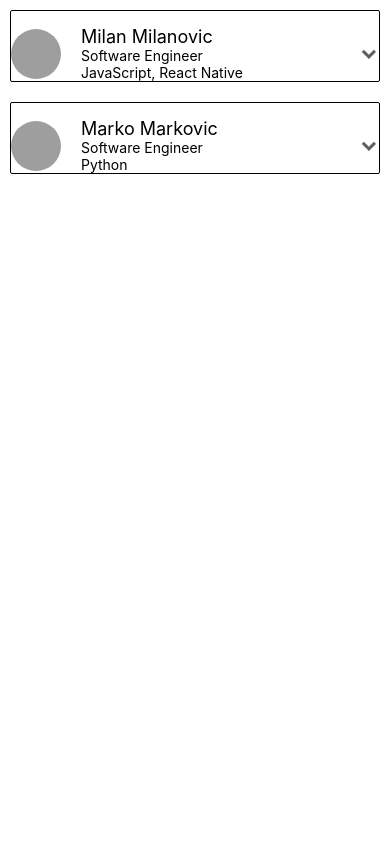
Repository: likanbl/intern-feature
Screen: /
The author's editor kept a copy of each file at every save. The screen is drawn from the files as they stood at one save, then again after the next save.
Pictures or frames that could not be fetched are drawn as grey boxes. The app was drawn by React Native's web renderer in a window 390 px wide. The project was rebuilt for these pictures with package versions that can differ from the ones it lists, and the page was loaded fresh each time.

Above is the screen before, as saved 2019-09-13 15:25:15.

### App.js
/**
 * Sample React Native App
 * https://github.com/facebook/react-native
 *
 * @format
 * @flow
 */

import React, {Component} from 'react';

import Home from './src/components/home/Home';

export default class App extends Component {
  render() {
    return <Home></Home>;
  }
}

### src/components/home/Home.js
import React, {Component} from 'react';
import {View, FlatList, Text, StyleSheet} from 'react-native';
import {Card} from 'react-native-elements';
import {HomeItem} from './HomeItem';

const Data = [
  {
    Name: 'Milan Milanovic',
    role: 'Software Engineer',
    skills: 'JavaScript, React Native',
    additionalInfo: 'Milan Milanovic description',
  },
  {
    Name: 'Marko Markovic',
    role: 'Software Engineer',
    skills: 'Python',
    additionalInfo: 'Marko Markovic description',
  },
];
export default class Home extends Component {
  renderItem = ({item}) => <HomeItem item={item} />;

  render() {
    return (
      <View>
        <FlatList
          data={Data}
          renderItem={this.renderItem}
          keyExtractor={Data.id}
        />
      </View>
    );
  }
}

### src/components/home/HomeItem.js
import React, {Component} from 'react';
import {
  View,
  Text,
  Image,
  TouchableWithoutFeedback,
  StyleSheet,
} from 'react-native';
import PropTypes from 'prop-types';
import {images} from '../../assets/images';
import {Avatar} from 'react-native-elements';

const propTypes = {
  item: PropTypes.object,
};

class HomeItem extends Component {
  state = {
    isSelected: false,
  };

  onPress = () => {
    this.setState((prevState, prevProps) => ({
      isSelected: !prevState.isSelected,
    }));
  };

  renderDetails = () => (
    <View style={styles.titleContainer}>
      <Text style={styles.description}>{this.props.item.additionalInfo}</Text>
    </View>
  );

  render() {
    const {isSelected} = this.state;
    return (
      <View style={styles.container}>
        <TouchableWithoutFeedback onPress={this.onPress}>
          <View style={styles.titleContainer}>
            <View>
              <Avatar
                size="medium"
                rounded
                source={{
                  uri:
                    'https://s3.amazonaws.com/uifaces/faces/twitter/ladylexy/128.jpg',
                }}
              />
            </View>
            <View style={styles.nameRole}>
              <Text style={styles.title}>{this.props.item.Name}</Text>
              <Text style={styles.role}>{this.props.item.role}</Text>
              <Text style={styles.role}>{this.props.item.skills}</Text>
            </View>
            <Image
              source={isSelected ? images.close : images.expand}
              style={styles.image}
            />
          </View>
        </TouchableWithoutFeedback>
        {isSelected && this.renderDetails()}
      </View>
    );
  }
}
HomeItem.propTypes = propTypes;

const styles = StyleSheet.create({
  container: {
    flex: 1,
    flexDirection: 'column',
    margin: 10,
    elevation: 10,
    paddingTop: 15,
    borderRadius: 2,
    borderWidth: 1,
  },
  avatarContainer: {
    flex: 1,
    alignItems: 'flex-start',
    justifyContent: 'center',
  },
  nameRole: {
    flex: 2,
    alignItems: 'flex-start',
    justifyContent: 'center',
    marginLeft: 20,
  },

  titleContainer: {
    flexDirection: 'row',
    justifyContent: 'space-around',
    alignItems: 'center',
  },
  title: {
    flex: 1,
    fontSize: 18,
  },
  role: {
    flex: 1,
    fontSize: 14,
  },
  description: {
    flex: 1,
    fontSize: 22,
    color: 'gray',
    paddingTop: 10,
  },
  image: {
    width: 20,
    height: 20,
  },
});

export {HomeItem};

### src/assets/images.js
export const images = {
  expand: require('../../resources/expand.png'),
  close: require('../../resources/close.png'),
};

After the next save:
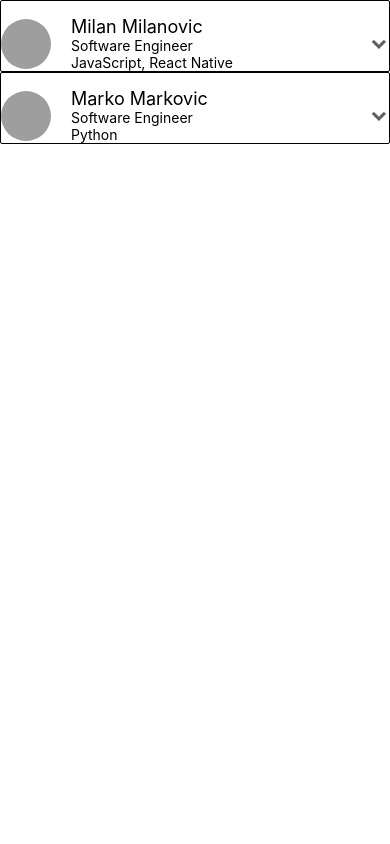
Saved 28 s later.
--- a/src/components/home/HomeItem.js
+++ b/src/components/home/HomeItem.js
@@ -69,7 +69,7 @@ const styles = StyleSheet.create({
   container: {
     flex: 1,
     flexDirection: 'column',
-    margin: 10,
+
     elevation: 10,
     paddingTop: 15,
     borderRadius: 2,
